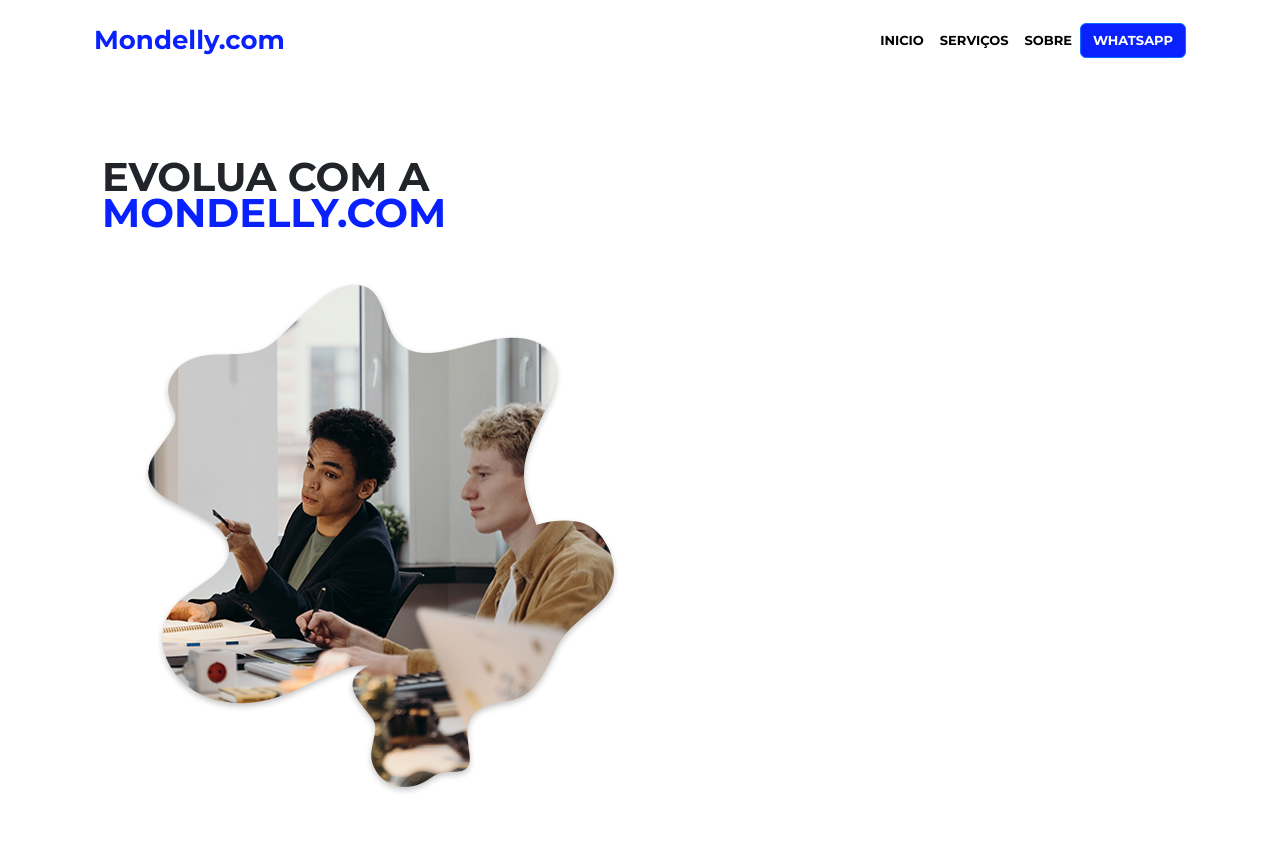
Repository: LifeInClouds/Mondelly
Page: index.html
The author's editor kept a copy of each file at every save. The page is drawn from the files as they stood at one save, then again after a run of saves.
The browser window is 1280 px wide. The page is 1280 px wide, then 1282 px, so the pictures cover 1282 px, including what lies to the right of the window. The pictures show the whole page.

Above is the page before, as saved 2022-05-02 18:52:18.

### index.html
<!doctype html>
<html lang="en">

<head>
    <!-- Required meta tags -->
    <meta charset="utf-8">
    <meta name="viewport" content="width=device-width, initial-scale=1">

    <!-- Bootstrap CSS -->
    <link href="https://cdn.jsdelivr.net/npm/bootstrap@5.0.2/dist/css/bootstrap.min.css" rel="stylesheet"
        integrity="sha384-EVSTQN3/azprG1Anm3QDgpJLIm9Nao0Yz1ztcQTwFspd3yD65VohhpuuCOmLASjC" crossorigin="anonymous">

    <!--CSS CUSTOM-->
    <link rel="stylesheet" href="style.css">

    <title>Mondelly.com</title>
</head>

<body>
    <!--==NAV BAR==-->
    <nav class="navbar">
        <div class="container-fluid">
            <div class="container">
                <nav class="navbar navbar-expand-lg">
                    <div class="container-fluid">
                        <a class="navbar-brand" href="./index.html">Mondelly.com</a>
                        <button class="navbar-toggler" type="button" data-bs-toggle="collapse"
                            data-bs-target="#navbarNavAltMarkup" aria-controls="navbarNavAltMarkup"
                            aria-expanded="false" aria-label="Toggle navigation">
                            <span class="navbar-toggler-icon"></span>
                        </button>
                        <div class="collapse navbar-collapse justify-content-end" id="navbarNavAltMarkup">
                            <div class="navbar-nav">
                                <a class="nav-link" aria-current="page" href="#">INICIO</a>
                                <a class="nav-link" href="#">SERVIÇOS</a>
                                <a class="nav-link" href="#">SOBRE</a>
                                <button class="btn btn-primary" id="whatsapp">WHATSAPP</button>
                            </div>
                        </div>
                    </div>
                </nav>
            </div>
        </div>

        <div class="container">
        <section id="main">

            <h1 id="evo">EVOLUA COM A <br></h1>
            <h1 id="mondelly">MONDELLY.COM</h1>

            <img src="./img/img-1.png" alt="" height="600px" width="600px" id="img-header">

        </section>
    </div>
        <!-- Optional JavaScript; choose one of the two! -->

        <!-- Option 1: Bootstrap Bundle with Popper -->
        <script src="https://cdn.jsdelivr.net/npm/bootstrap@5.0.2/dist/js/bootstrap.bundle.min.js"
            integrity="sha384-MrcW6ZMFYlzcLA8Nl+NtUVF0sA7MsXsP1UyJoMp4YLEuNSfAP+JcXn/tWtIaxVXM"
            crossorigin="anonymous"></script>

        <!-- Option 2: Separate Popper and Bootstrap JS -->
        <!--
    <script src="https://cdn.jsdelivr.net/npm/@popperjs/core@2.9.2/dist/umd/popper.min.js" integrity="sha384-IQsoLXl5PILFhosVNubq5LC7Qb9DXgDA9i+tQ8Zj3iwWAwPtgFTxbJ8NT4GN1R8p" crossorigin="anonymous"></script>
    <script src="https://cdn.jsdelivr.net/npm/bootstrap@5.0.2/dist/js/bootstrap.min.js" integrity="sha384-cVKIPhGWiC2Al4u+LWgxfKTRIcfu0JTxR+EQDz/bgldoEyl4H0zUF0QKbrJ0EcQF" crossorigin="anonymous"></script>
    -->
</body>

</html>

### style.css
@import url('https://fonts.googleapis.com/css2?family=Montserrat:ital,wght@0,100;0,200;0,300;0,400;0,500;0,600;0,700;0,800;1,900&display=swap');

*{
    margin: 0;
    padding: 0;
    box-sizing: border-box;
    font-family: 'Montserrat', sans-serif;
}

li{
    text-decoration: none;
}
a.navbar-brand{
    font-weight: 700;
    font-size: 26px;
    color: #0921FF;
}
div.navbar-nav a {
    font-weight: 700;
    color: black;
    font-size: 13px;
}
#whatsapp{
    font-weight: 700;
    border-radius: 6px;
    font-size: 13px;
    background-color: #0921FF;
}
#evo{
    margin-top: 80px;
    margin-left: 20px;
    font-weight: 700;
}
#mondelly{
    margin-left: 20px;
    margin-top: -20px;
    color: #0921FF;
    font-weight: 700;
}

After the next 4 saves:
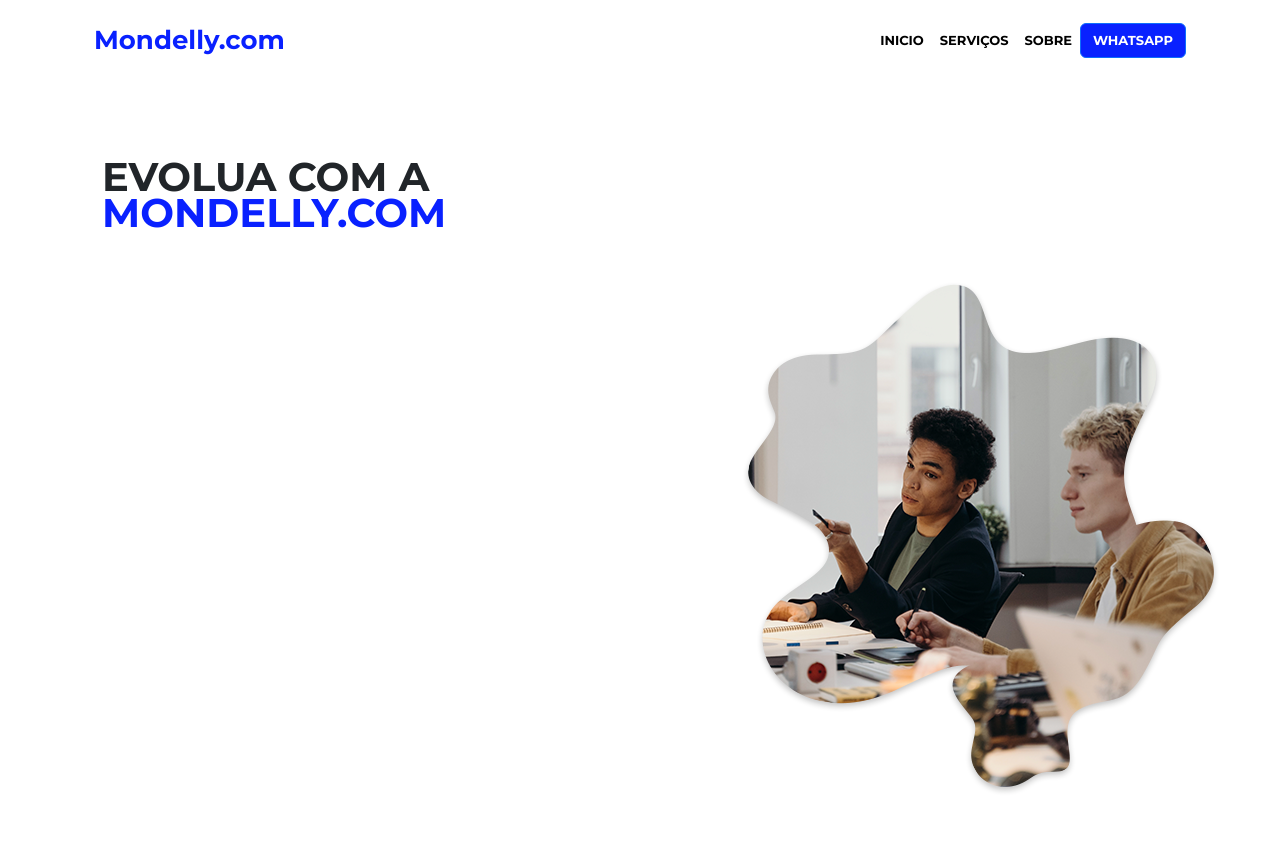
The 4 saves are shown as one change because they came seconds apart.
The last was saved 34 s later.
--- a/style.css
+++ b/style.css
@@ -37,3 +37,6 @@
     color: #0921FF;
     font-weight: 700;
 }
+img#img-header{
+    margin-left: 100%;
+}
